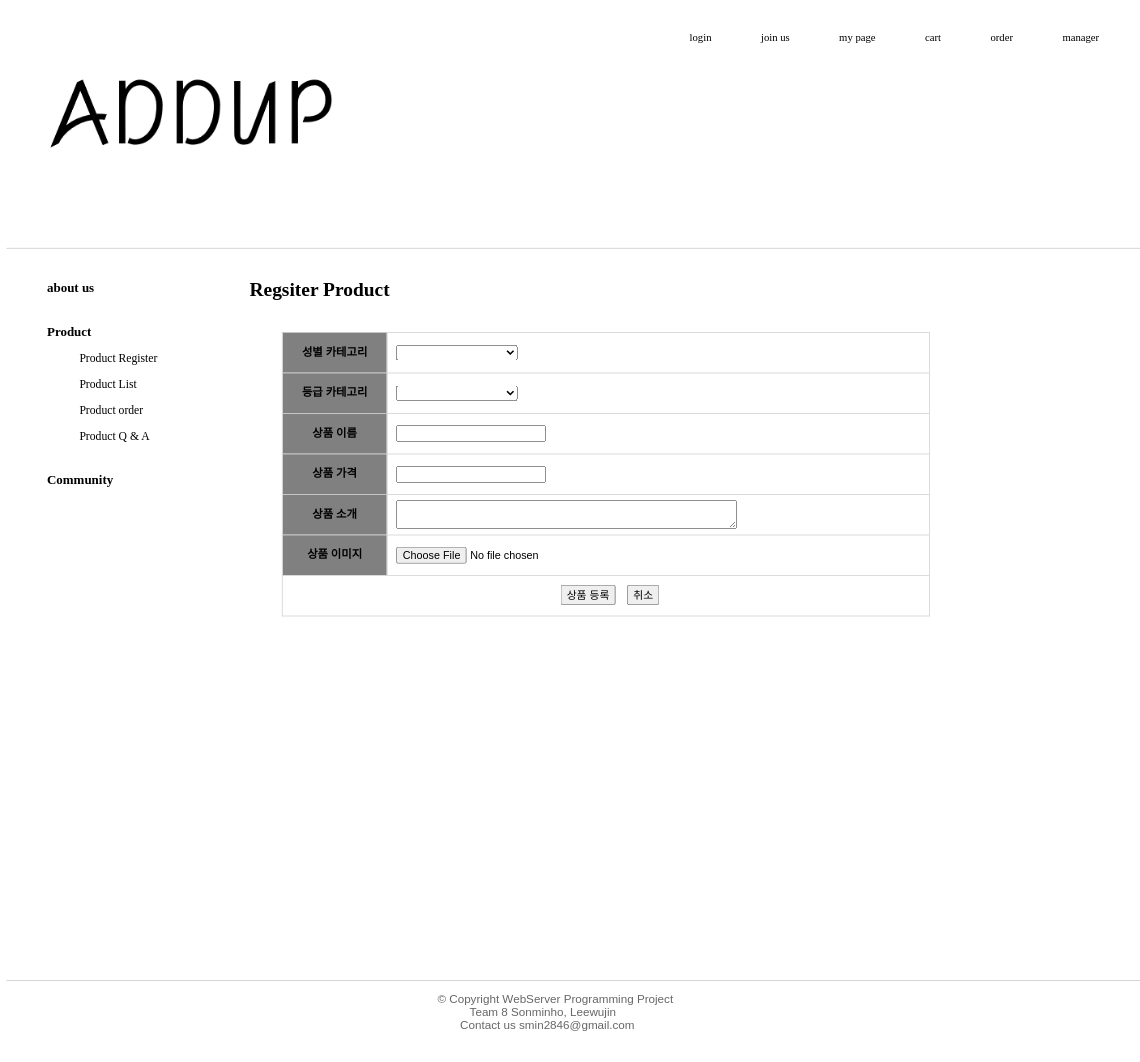
Repository: sonminho/aos
Page: http://localhost/addup_perfume/ControllerServlet?command=manager_register
An editor plug-in stored every save of this project. The page is shown before and after the next save, followed by the edit.
The browser window is 1280 px wide. The page is 1408 px wide, so the pictures cover 1408 px, including what lies to the right of the window. The pictures show the whole page, at 81% of full size.
The page is served by Tomcat 9. Other server files are loaded and not shown. Queries for data that is not in the repository find no rows.

Above is the page before, as saved 2017-11-29 10:33:14.

### Webserver/addup_perfume/WebContent/manager_register.jsp
<%@ page language="java" contentType="text/html; charset=EUC-KR"
    pageEncoding="EUC-KR"%>
<%@ page import="dao.CategoryDAO, dto.CategoryVO, java.util.*" %>
<%@ taglib prefix="c" uri="http://java.sun.com/jsp/jstl/core" %>

<!DOCTYPE html PUBLIC "-//W3C//DTD HTML 4.01 Transitional//EN" "http://www.w3.org/TR/html4/loose.dtd">
<html>
<head>
<meta http-equiv="Content-Type" content="text/html; charset=EUC-KR">
<title>Insert title here</title>
</head><style>
html, body{
	width:100%;
	height:100%;
}
#wrap{
	width:1400px;
	height:100%;
	margin:0px auto;
}
body > #wrap{
	height:auto;
	min-height:100%;
}
#header{
	position:relative;
	padding-bottom:70px;
	border-bottom:1px solid #cccccc;
}
.logo{
	padding: 32px 0 12px 40px;
}
.logo img{
	margin-top:30px;
}
.topnav{
	position:absolute;
	right:30px;
	top:2px;
}
.topnav dd{
	float:left;
	font-size:12px;
	padding-right:11px;
	margin-right:10px;
}
.topnav dd a{
	color:black;
	font-size:1.1em;
	text-decoration:none;
}
.topnav dd a:hover{
	color:gray;
	text-decoration:underline;
}
#mainnav{
	display:block;
	padding-top:30px;
	padding-left:50px;
	float:left;
}
#mainnav dl{
	display:block;
	font:'Nanum Gothic', sans-serif;
	margin-top:10px;
	margin-bottom:36px;
}
#mainnav dt{
	color:black;
	font-weight:bold;
	font-size:16px;
}
#mainnav dt a{
	color:black;
	text-decoration:none;
}
#mainnav dt a:hover{
	color:gray;
	text-decoration:line-through;
}
#mainnav dd{
	display:block;
	margin-top:15px;
}
#mainnav dd a{
	color:black;
	font-size:0.9em;
	text-decoration:none;
}
#mainnav dd a:hover{
	color:gray;
	text-decoration:underline;
}

#container{
	position:relative;
	padding-bottom:550px;
	*zoom: 1;
}
#container:after{
	content:'';
	display:block;
	clear:both;
}
#content{
	width:800px;
	margin:0px auto;
}
#content table{
	width:100%;
	border-collapse:collapse;
	margin-left:40px;
	font-size:14px;
	line-height:24px;
}
#content table td, th{
	border:#d3d3d3 solid 1px;
	paading: 30px;
}
#content table tr{
	height:50px;
}
#content table th{
	background:gray;
}
#content table input, #content table select, #content table textarea{
	margin-left:10px;
}

#footer{
	position:relative;
	margin-top:-101px;
	background-color:#fff;
}
#footer .footerArea{
	border-top: 1px solid #cccccc;
	padding: 0;
	width: 1400px;
	height: 100px;
	margin: 0 auto;
	color: #666;
	font-size: 0.9em;
	*zoom: 1;
}
#footer .footerArea:after{
	content: '';
	display: block;
	clear: both;
}
#footer .copy{
	margin-left:38%;
	font-family: 'Nanum Gothic', sans-serif;
}
pr{
	background-color:#ffcc00;
	border-bottom:1px dotted #9933aa;
}
</style>
<script type="text/javascript">
	function loginCheck() {
		if(document.frm.id.value.length == 0) {
			alert("아이디를 입력해주세요");
			frm.id.focus();
			return false;
		}
		if(document.frm.pw.value.length == 0) {
			alert("비밀번호를 입력해주세요");
			frm.pw.focus();
			return false;
		}

		return true;
	}
</script>
</head>
<body>
<div id="wrap">
	<div id="header">
		<h1 class="logo"><a href="index.jsp"><img src="img/logo.png"/></a></h1>
		<dl class="topnav">
			<dd><a href="login.jsp">login</a></dd>
			<dd><a href="#">join us</a></dd>
			<dd><a href="#">my page</a></dd>
			<dd><a href="#">cart</a></dd>
			<dd><a href="#">order</a></dd>
			<dd><a href="manager_login.jsp">manager</a></dd>
		</dl>
	</div> <!-- header -->

	<div id="container">
		<div id="mainnav">
			<dl class="category_about_us">
				<dt><a href="#">about us</a></dt>
			</dl>
			<dl class="category_shop">
				<dt><a href="#">Product</a></dt>
				<dd><a href="ControllerServlet?command=manager_register">Product Register</a></dd>
				<dd><a href="ControllerServlet?command=manager_list">Product List</a></dd>
				<dd><a href="#">Product order</a></dd>
				<dd><a href="#">Product Q & A</a></dd>
			</dl>
			<dl class="community">
				<dt><a href="#">Community</a>
			</dl>

		</div> <!-- mainnav -->
		<div id="content">
			<br><h2>Regsiter Product</h2><br>
			<form name="product_form" action="ControllerServlet?command=manager_upload"
			method="post" enctype="multipart/form-data">
			<table border=0 width="680px">
				<tr>
					<th class="pr">성별 카테고리</th>
					<td>
					<select name="product_sex_category" style="width:150px">
					<%
						CategoryDAO cDao = CategoryDAO.getInstance();
						ArrayList<CategoryVO> cList = cDao.getAllSexCategory();

						for(CategoryVO cVo : cList) {
							String categorySex = cVo.getCategorySex();
					%>
						<option value=<%=categorySex %>>
						<%=categorySex %>
						</option>
					<%
						}
					%>
					</select>
					</td>
				</tr>
				<tr>
					<th class="pr">등급 카테고리</th>
					<td>
					<select name="product_level_category" style="width:150px">
					<%
						ArrayList<CategoryVO> cList2 = cDao.getAllLevelCategory();
						for(CategoryVO cVo : cList2) {
							String categoryLevel = cVo.getCategoryLevel();
					%>
						<option value=<%=categoryLevel %>>
						<%=categoryLevel %>
						</option>
					<%
						}
					%>
					</select>
					</td>
				</tr>
				<tr>
					<th class="pr">상품 이름</th>
					<td align="left">
						<input type="text" name="product_name">
					</td>
				</tr>
				<tr>
					<th class="pr">상품 가격</th>
					<td>
						<input type="text" name="product_price" maxlength="10">
					</td>
				</tr>
				<tr>
					<th class="pr">상품 소개</th>
					<td>
						<textarea name="product_content" row="12" cols="50"></textarea>
					</td>
				</tr>
				<tr>
					<th class="pr">상품 이미지</th>
					<td>
						<input type="file" name="product_image"/>
					</td>
				</tr>
				<tr>
					<td colspan="2" align="center">
						<input type="submit" value="상품 등록"/>
						<input type="reset" value="취소"/>
				</tr>
			</table>
			</form>
		</div>
	</div> <!-- container -->
</div> <!-- wrap -->

<div id="footer">
	<div class="footerArea">
		<p class="copy">
			&copy; Copyright WebServer Programming Project <br>
			&nbsp; &nbsp; &nbsp; &nbsp; &nbsp; Team 8 Sonminho, Leewujin <br>
			&nbsp; &nbsp; &nbsp; &nbsp;Contact us smin2846@gmail.com
		</p>
	</div>
</div>
</body>
</html>

### Webserver/addup_perfume/src/controller/ControllerServlet.java
package controller;

import java.io.IOException;

import javax.servlet.ServletException;
import javax.servlet.annotation.WebServlet;
import javax.servlet.http.HttpServlet;
import javax.servlet.http.HttpServletRequest;
import javax.servlet.http.HttpServletResponse;

import controller.action.Action;

/**
 * Servlet implementation class ControllerServlet
 */
@WebServlet("/ControllerServlet")
public class ControllerServlet extends HttpServlet {
	private static final long serialVersionUID = 1L;

    /**
     * @see HttpServlet#HttpServlet()
     */
    public ControllerServlet() {
        super();
        // TODO Auto-generated constructor stub
    }

	/**
	 * @see HttpServlet#doGet(HttpServletRequest request, HttpServletResponse response)
	 */
	protected void doGet(HttpServletRequest request, HttpServletResponse response) throws ServletException, IOException {
		// TODO Auto-generated method stub
		String command = request.getParameter("command");
		System.out.println("ControllerServlet에서 요청 : " + command);

		ActionFactory af = ActionFactory.getInstance();
		Action action = af.getAction(command);

		if(action != null) {
			action.execute(request, response);
		}
	}

	/**
	 * @see HttpServlet#doPost(HttpServletRequest request, HttpServletResponse response)
	 */
	protected void doPost(HttpServletRequest request, HttpServletResponse response) throws ServletException, IOException {
		// TODO Auto-generated method stub
		doGet(request, response);
	}

}

### Webserver/addup_perfume/src/controller/ActionFactory.java
package controller;

import controller.action.Action;
import controller.action.LogOutAction;
import controller.action.ManagerDeleteAction;
import controller.action.ManagerListAction;
import controller.action.ManagerLoginAction;
import controller.action.ManagerOrderListAction;
import controller.action.ManagerRegisterAction;
import controller.action.ManagerUpdateAction;
import controller.action.ManagerUpdateAction2;
import controller.action.ManagerUploadAction;
import controller.action.ProductDetailAction;
import controller.action.ProductListAction;
import controller.action.ProductListAction2;
import controller.action.UserLoginAction;
import controller.action.UserOrderAction;

public class ActionFactory {

	private static ActionFactory instance = new ActionFactory();

	private ActionFactory(){
		super();
	}

	public static ActionFactory getInstance() {
		return instance;
	}

	public Action getAction(String command) {
		Action action = null;

		if(command.equals("manager_login")) {
			action = new ManagerLoginAction();
		} else if(command.equals("manager_register")) {
			action = new ManagerRegisterAction();
		} else if(command.equals("manager_upload")) {
			action = new ManagerUploadAction();
		} else if(command.equals("manager_list")) {
			action = new ManagerListAction();
		} else if(command.equals("manager_delete")) {
			action = new ManagerDeleteAction();
		} else if(command.equals("manager_update")) {
			action = new ManagerUpdateAction();
		} else if(command.equals("manager_update2")) {
			action = new ManagerUpdateAction2();
		} else if(command.equals("user_login")) {
			action = new UserLoginAction();
		} else if(command.equals("product_list")) {
			action = new ProductListAction();
		} else if(command.equals("product_list2")) {
			action = new ProductListAction2();
		} else if(command.equals("product_detail")) {
			action = new ProductDetailAction();
		} else if(command.equals("logout")) {
			action = new LogOutAction();
		} else if(command.equals("user_order")) {
			action = new UserOrderAction();
		} else if(command.equals("manager_order_list")) {
			action = new ManagerOrderListAction();
		}

		return action;
	}
}

### Webserver/addup_perfume/src/controller/action/Action.java
package controller.action;

import java.io.IOException;

import javax.servlet.ServletException;
import javax.servlet.http.HttpServletRequest;
import javax.servlet.http.HttpServletResponse;

public interface Action {
	public void execute(HttpServletRequest request, HttpServletResponse response) throws ServletException, IOException;
}

### Webserver/addup_perfume/src/controller/action/ManagerRegisterAction.java
package controller.action;

import java.io.IOException;

import javax.servlet.RequestDispatcher;
import javax.servlet.ServletException;
import javax.servlet.http.HttpServletRequest;
import javax.servlet.http.HttpServletResponse;

public class ManagerRegisterAction implements Action{

	@Override
	public void execute(HttpServletRequest request, HttpServletResponse response) throws ServletException, IOException {
		// TODO Auto-generated method stub

		RequestDispatcher dispatcher = request.getRequestDispatcher("manager_register.jsp");
		dispatcher.forward(request, response);
	}
}

### Webserver/addup_perfume/src/dao/CategoryDAO.java
package dao;

import java.sql.Connection;
import java.sql.PreparedStatement;
import java.sql.ResultSet;
import java.sql.SQLException;
import java.util.ArrayList;

import javax.naming.Context;
import javax.naming.InitialContext;
import javax.sql.DataSource;

import dto.CategoryVO;

public class CategoryDAO {
	private static CategoryDAO instance = new CategoryDAO();

	private CategoryDAO() {

	}

	public static CategoryDAO getInstance() {
		return instance;
	}

	// 데이터베이스 커넥션풀 연결
	public Connection getConnection() {
		Connection conn = null;
		Context initContext = null;
		Context envContext = null;
		DataSource ds = null;

		try {
			initContext = new InitialContext();
			envContext = (Context) initContext.lookup("java:/comp/env");
			ds = (DataSource) envContext.lookup("jdbc/myoracle");
			conn = ds.getConnection();
		} catch(Exception e) {
			e.printStackTrace();
		}

		return conn;
	}

	public ArrayList<CategoryVO> getAllSexCategory() throws SQLException {
		Connection conn = null;
		PreparedStatement pstmt = null;
		ResultSet rs = null;

		ArrayList<CategoryVO> cList = null;

		try {
			conn = getConnection();
			String sql = "select distinct categorysex from category";
			pstmt = conn.prepareStatement(sql);
			rs = pstmt.executeQuery();

			cList = new ArrayList<CategoryVO>();

			while(rs.next()) {
				String categorySex = rs.getString("categorysex");

				CategoryVO cVo = new CategoryVO();

				cVo.setCategorySex(categorySex);

				cList.add(cVo);
			}
		} catch(Exception e) {
			e.printStackTrace();
		} finally {
			if(rs != null) rs.close();
			if(pstmt != null) pstmt.close();
			if(conn != null) conn.close();
		}

		return cList;
	}

	public ArrayList<CategoryVO> getAllLevelCategory() throws SQLException {
		Connection conn = null;
		PreparedStatement pstmt = null;
		ResultSet rs = null;

		ArrayList<CategoryVO> cList = null;

		try {
			conn = getConnection();
			String sql = "select distinct CATEGORYLEVEL from category";
			pstmt = conn.prepareStatement(sql);
			rs = pstmt.executeQuery();

			cList = new ArrayList<CategoryVO>();

			while(rs.next()) {
				String categoryLevel = rs.getString("CATEGORYLEVEL");

				CategoryVO cVo = new CategoryVO();

				cVo.setCategoryLevel(categoryLevel);

				cList.add(cVo);
			}
		} catch(Exception e) {
			e.printStackTrace();
		} finally {
			if(rs != null) rs.close();
			if(pstmt != null) pstmt.close();
			if(conn != null) conn.close();
		}

		return cList;
	}
}

After the next save:
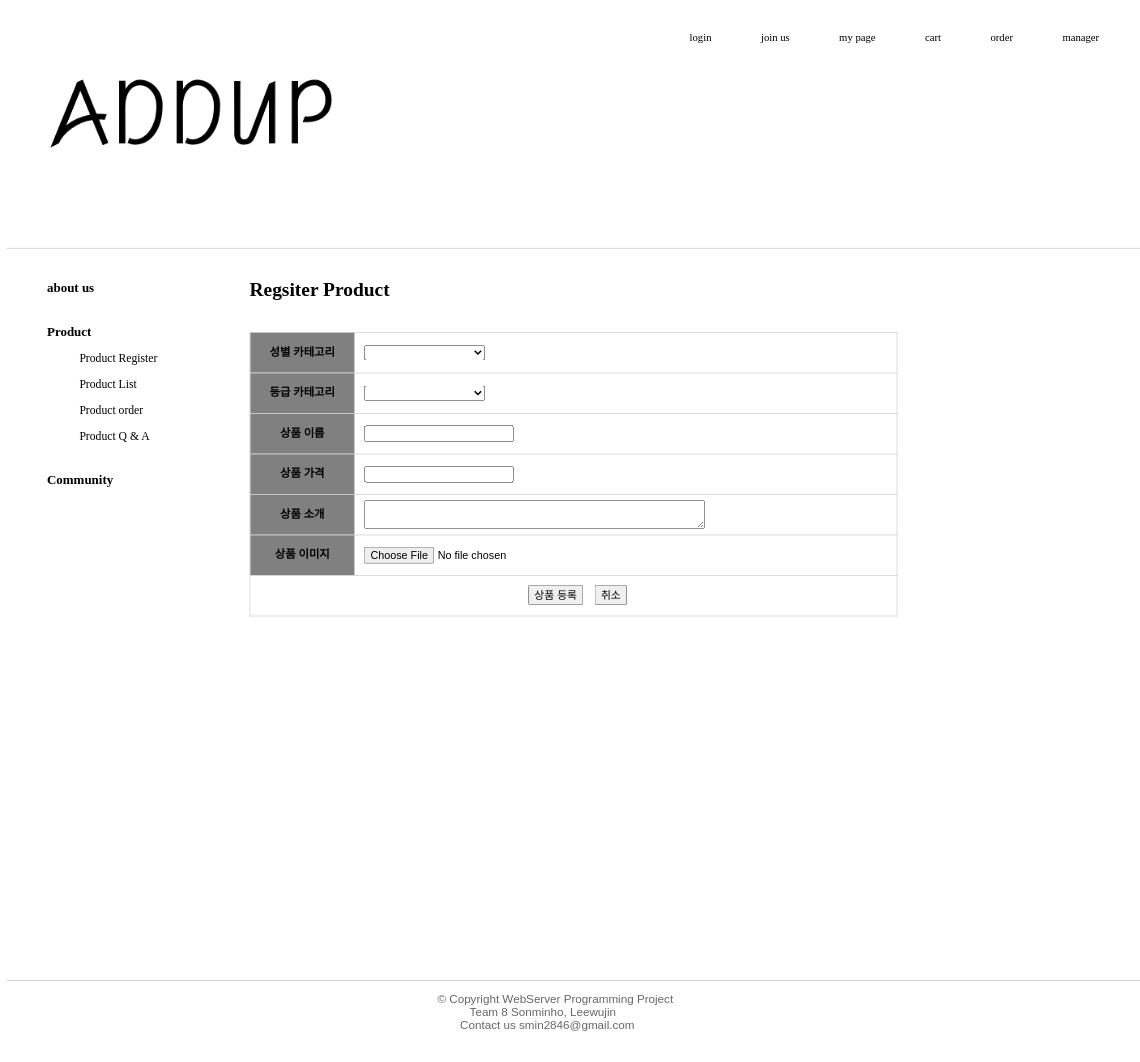
Saved 13 s later.
--- a/Webserver/addup_perfume/WebContent/manager_register.jsp
+++ b/Webserver/addup_perfume/WebContent/manager_register.jsp
@@ -109,7 +109,7 @@
 #content table{
 	width:100%;
 	border-collapse:collapse;
-	margin-left:40px;
+	padding-left:40px;
 	font-size:14px;
 	line-height:24px;
 }
